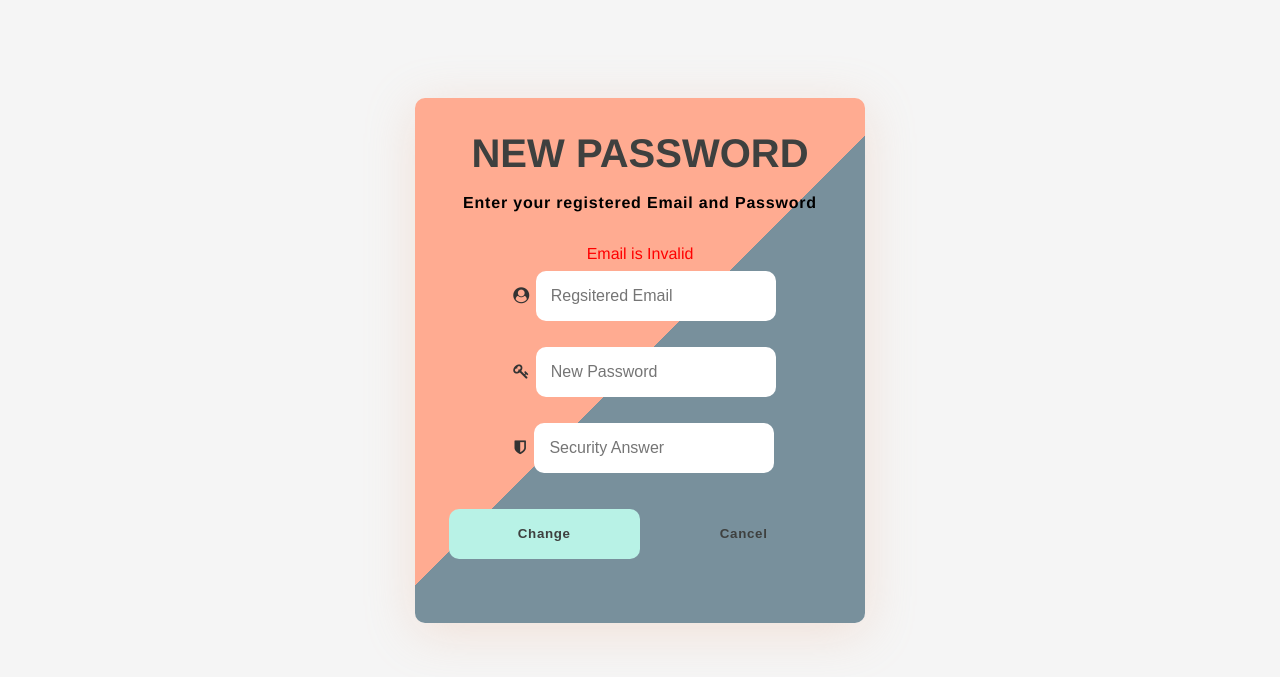
Repository: DhanushPrabha22/Zoho-Mini-Project
Page: http://localhost/ToDo_List/forgotpwd.do
An editor plug-in stored every save of this project. The page is shown before and after the next save, followed by the edit.
The browser window is 1280 px wide. The pictures show the whole page.
Some web libraries are served in a nearby version. The page is served by Tomcat 9.

Above is the page before, as saved 2021-03-17 10:45:11.

After the next save:
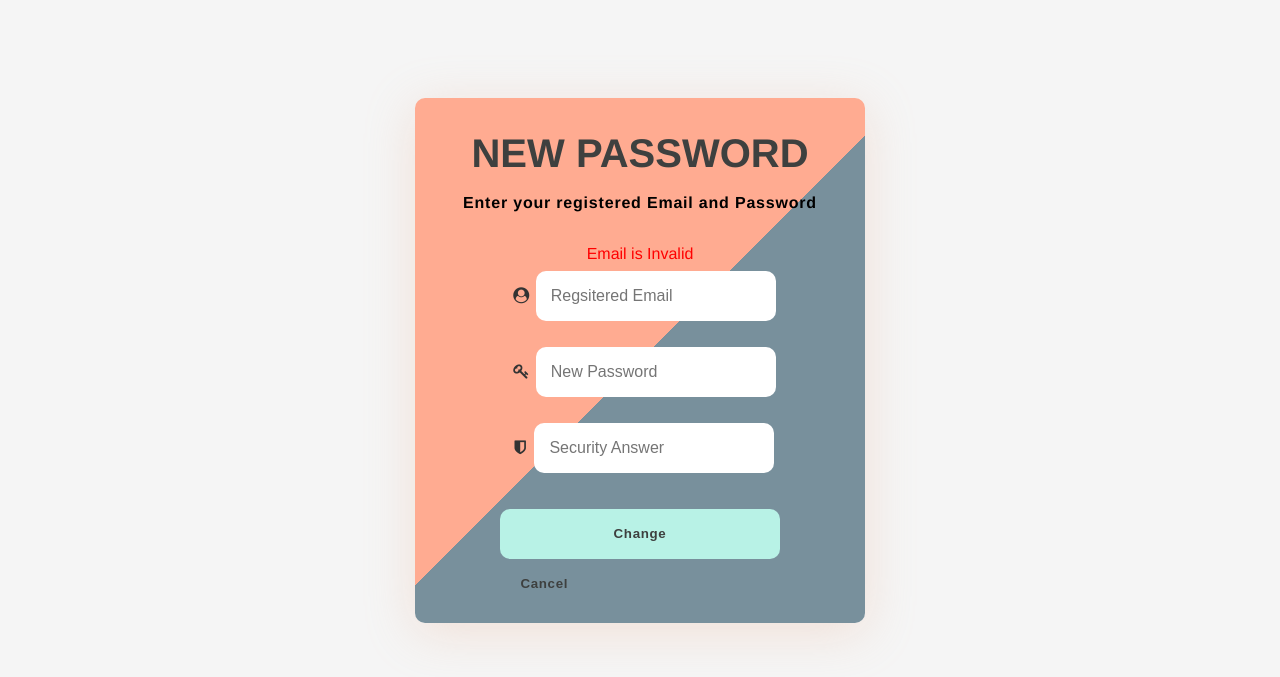
Saved 9 s later.
--- a/Todo Eclipse/ToDo_List/WebContent/forgotPwd.jsp
+++ b/Todo Eclipse/ToDo_List/WebContent/forgotPwd.jsp
@@ -53,7 +53,7 @@
 					<html:text styleClass="form-input" property="security" styleId="sec"/>
 
 					<br><br><br>
-					<html:submit styleClass="sign-up submits button" value="Change"/>
+					<html:submit styleClass="sign-up button" value="Change"/>
 				</html:form>
 				<button class="button submits frgt-pass" onclick="cancel()">Cancel</button>
 			</div>

After the save that followed:
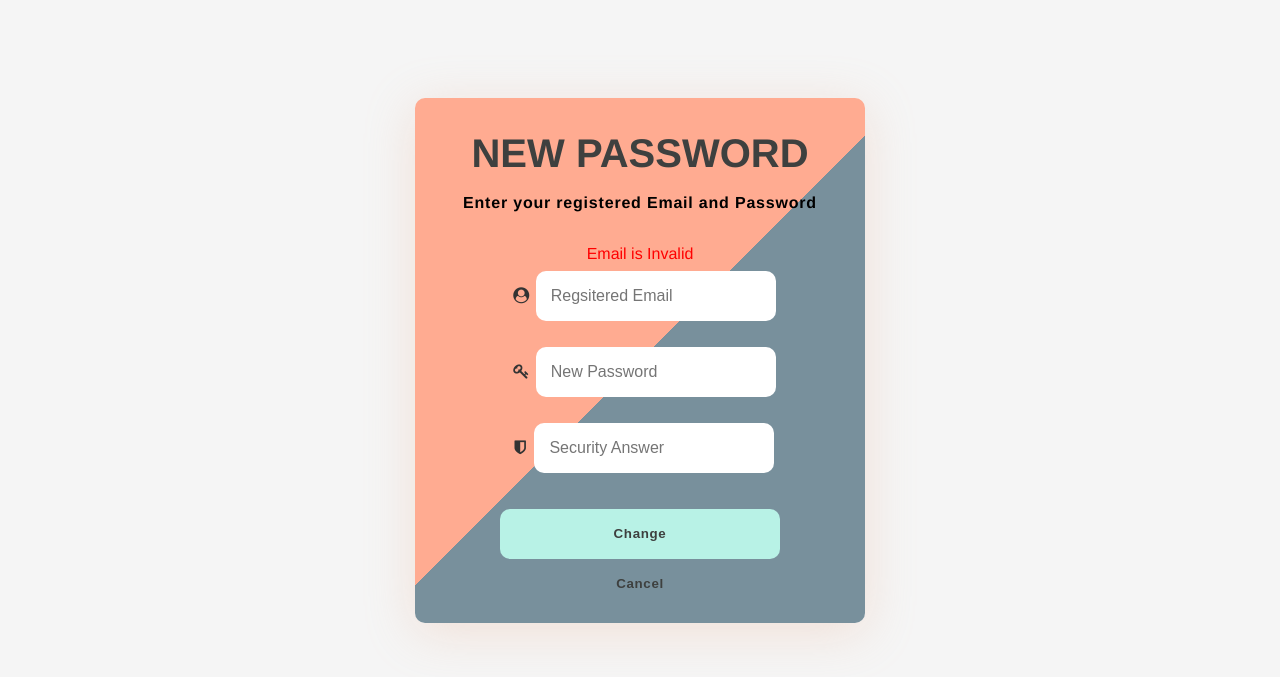
Saved 5 s later.
--- a/Todo Eclipse/ToDo_List/WebContent/forgotPwd.jsp
+++ b/Todo Eclipse/ToDo_List/WebContent/forgotPwd.jsp
@@ -55,7 +55,7 @@
 					<br><br><br>
 					<html:submit styleClass="sign-up button" value="Change"/>
 				</html:form>
-				<button class="button submits frgt-pass" onclick="cancel()">Cancel</button>
+				<button class="button frgt-pass" onclick="cancel()">Cancel</button>
 			</div>
 		<!--   End Container  -->
 		</div>
